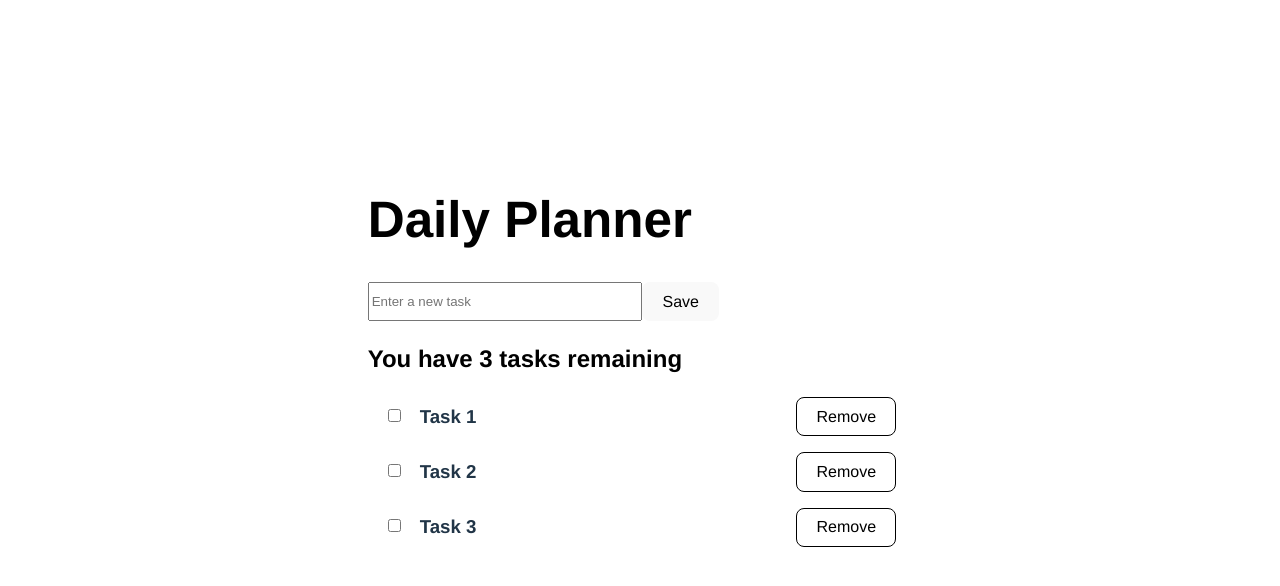
Repository: MonicaNguyenH/Frontend_Assignment6
Page: / (app in react/)
These files come from the project's save history. The page is drawn as it stood at one moment and after the next save; the edit follows.
The browser window is 1280 px wide. The pictures show the whole page.
The project was rebuilt for these pictures with package versions that can differ from the ones it lists, and the page was loaded fresh each time. Also part of the build but not shown: react/vite.config.js.

Above is the page before, as saved 2024-10-11 00:52:47.

After the next save:
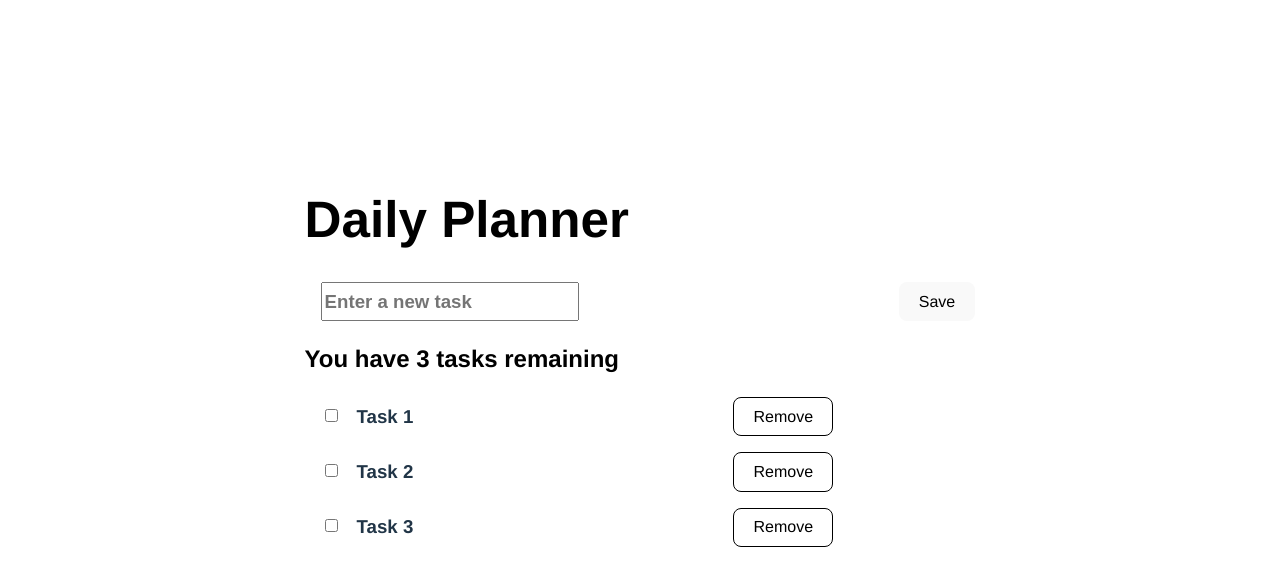
Saved 22 s later.
--- a/react/src/components/TaskForm.jsx
+++ b/react/src/components/TaskForm.jsx
@@ -27,8 +27,8 @@
             <form onSubmit={handleSubmit}>
                 <div className="formContainer">
                     <input
-                        id="task-input"
-                        name="task-input"
+                        id="task-name"
+                        name="task-name"
                         type="text"
                         value={taskName}
                         onChange={(e) => setTaskName(e.target.value)}

After the save that followed:
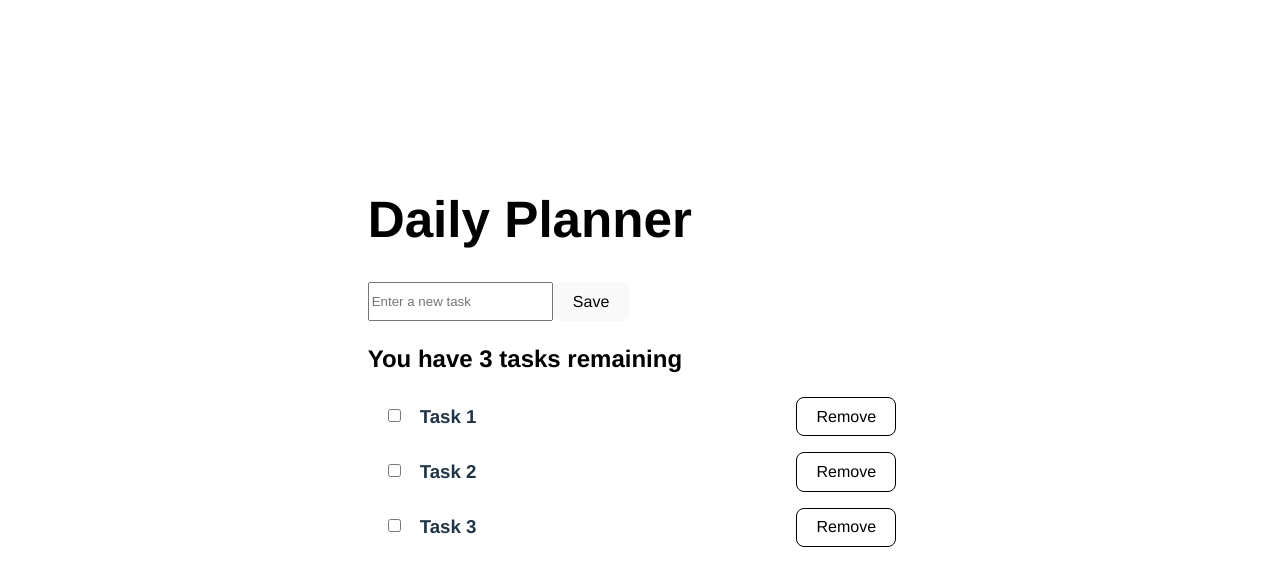
Saved 31 s later.
--- a/react/src/components/TaskForm.jsx
+++ b/react/src/components/TaskForm.jsx
@@ -27,8 +27,8 @@
             <form onSubmit={handleSubmit}>
                 <div className="formContainer">
                     <input
-                        id="task-name"
-                        name="task-name"
+                        id="task-name task-input"
+                        name="task-name task-input"
                         type="text"
                         value={taskName}
                         onChange={(e) => setTaskName(e.target.value)}
